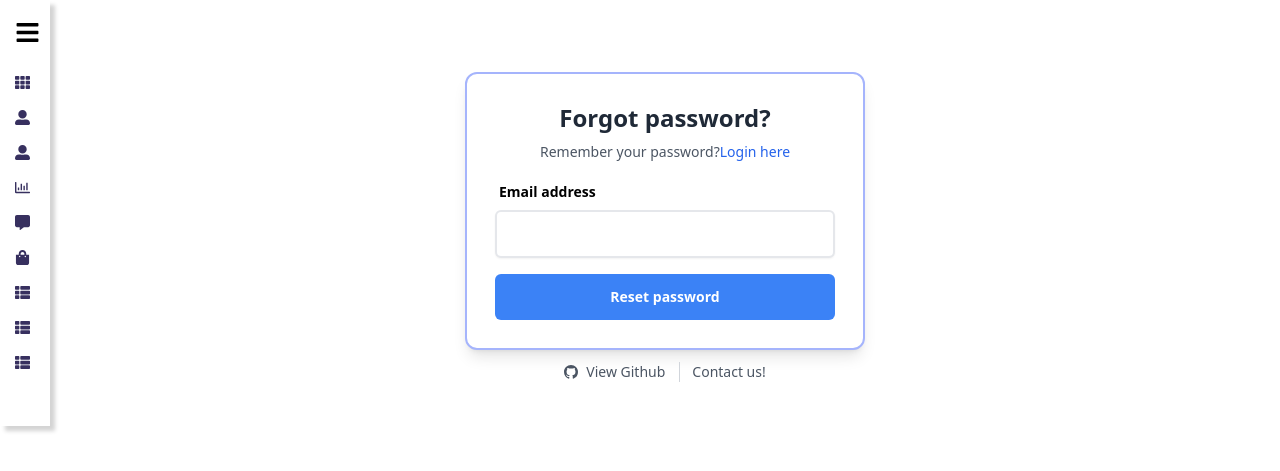
Repository: AndargWorku12/admin-dashboard
Page: /forget-password
The author's editor kept a copy of each file at every save. The page is drawn from the files as they stood at one save, then again after the next save.
The browser window is 1280 px wide. The pictures show the whole page.
The project was rebuilt for these pictures with package versions that can differ from the ones it lists, and the page was loaded fresh each time. Also part of the build but not shown: src/styles/analytics.css, src/pages/Analytics.tsx, src/pages/Dashboard.tsx, src/styles/orders.css, src/pages/OrderTable.tsx, src/pages/OrderModal.tsx, src/pages/Orders.tsx, src/styles/category.css and 10 more.

Above is the page before, as saved 2024-02-03 04:24:22.

After the next save:
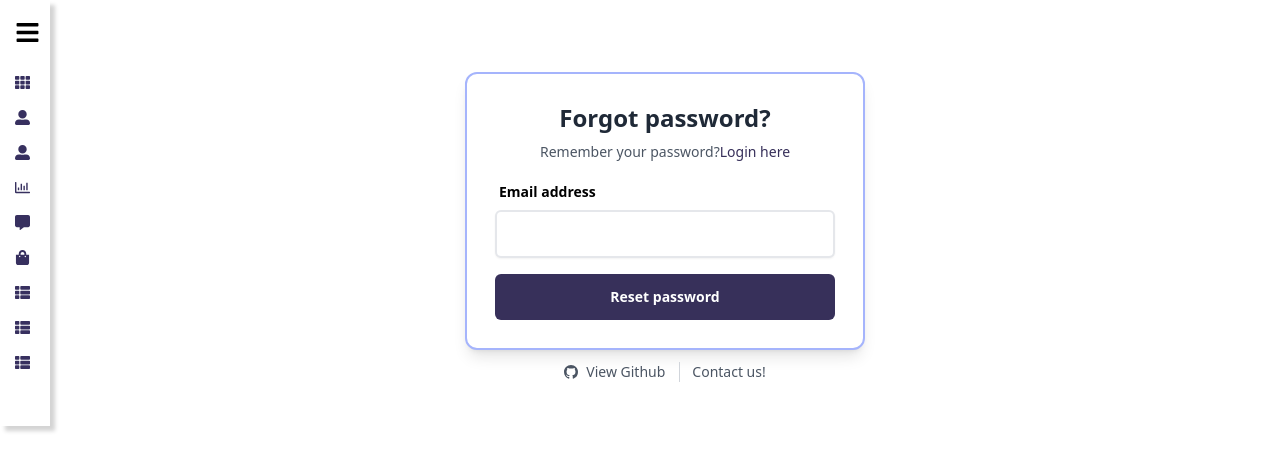
Saved 5 min 15 s later.
--- a/src/pages/ForgetPassword.tsx
+++ b/src/pages/ForgetPassword.tsx
@@ -1,5 +1,5 @@
 import React from 'react';
-
+import '../styles/login.css'
 const ForgotPassword: React.FC = () => {
   return (
     <main id="content" role="main" className="w-full max-w-md mx-auto p-6">
@@ -9,7 +9,7 @@
             <h1 className="block text-2xl font-bold text-gray-800 dark:text-white">Forgot password?</h1>
             <p className="mt-2 text-sm text-gray-600 dark:text-gray-400">
               Remember your password?
-              <a className="text-blue-600 decoration-2 hover:underline font-medium" href="/login">
+              <a className="nb decoration-2 hover:underline font-medium" href="/login">
                 Login here
               </a>
             </p>
@@ -34,7 +34,7 @@
                 </div>
                 <button
                   type="submit"
-                  className="py-3 px-4 inline-flex justify-center items-center gap-2 rounded-md border border-transparent font-semibold bg-blue-500 text-white hover:bg-blue-600 focus:outline-none focus:ring-2 focus:ring-blue-500 focus:ring-offset-2 transition-all text-sm dark:focus:ring-offset-gray-800"
+                  className=" login py-3 px-4 inline-flex justify-center items-center gap-2 rounded-md border border-transparent font-semibold text-white focus:outline-none focus:ring-2 focus:ring-gray-500 focus:ring-offset-2 transition-all text-sm dark:focus:ring-offset-gray-800"
                 >
                   Reset password
                 </button>

After the 2 saves that followed:
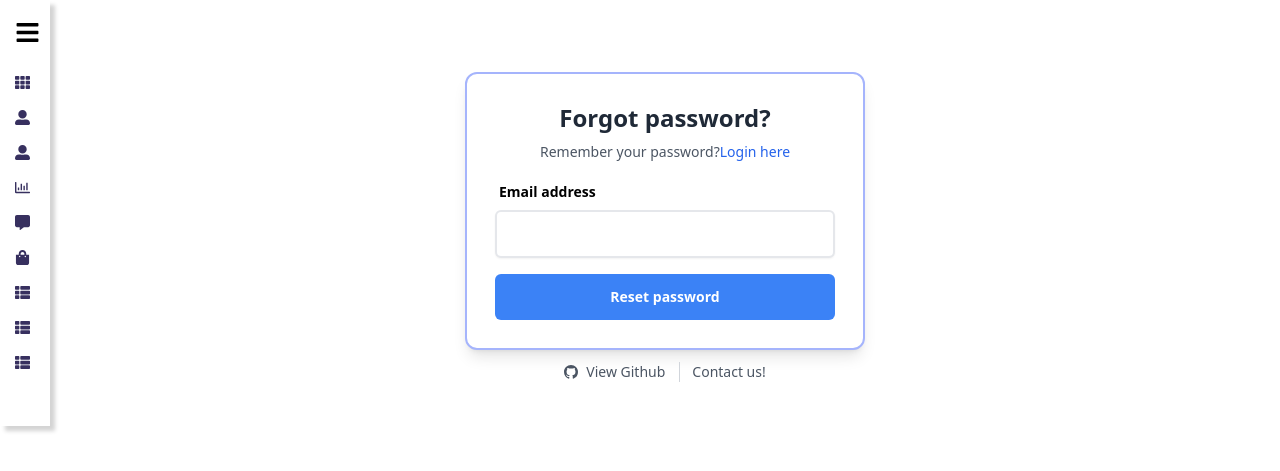
The 2 saves are shown as one change because 1 left the picture as it was.
The last was saved 3 min 35 s later.
--- a/src/pages/ForgetPassword.tsx
+++ b/src/pages/ForgetPassword.tsx
@@ -1,5 +1,5 @@
 import React from 'react';
-import '../styles/login.css'
+
 const ForgotPassword: React.FC = () => {
   return (
     <main id="content" role="main" className="w-full max-w-md mx-auto p-6">
@@ -9,7 +9,7 @@
             <h1 className="block text-2xl font-bold text-gray-800 dark:text-white">Forgot password?</h1>
             <p className="mt-2 text-sm text-gray-600 dark:text-gray-400">
               Remember your password?
-              <a className="nb decoration-2 hover:underline font-medium" href="/login">
+              <a className="text-blue-600 decoration-2 hover:underline font-medium" href="/login">
                 Login here
               </a>
             </p>
@@ -34,7 +34,7 @@
                 </div>
                 <button
                   type="submit"
-                  className=" login py-3 px-4 inline-flex justify-center items-center gap-2 rounded-md border border-transparent font-semibold text-white focus:outline-none focus:ring-2 focus:ring-gray-500 focus:ring-offset-2 transition-all text-sm dark:focus:ring-offset-gray-800"
+                  className="py-3 px-4 inline-flex justify-center items-center gap-2 rounded-md border border-transparent font-semibold bg-blue-500 text-white hover:bg-blue-600 focus:outline-none focus:ring-2 focus:ring-blue-500 focus:ring-offset-2 transition-all text-sm dark:focus:ring-offset-gray-800"
                 >
                   Reset password
                 </button>
